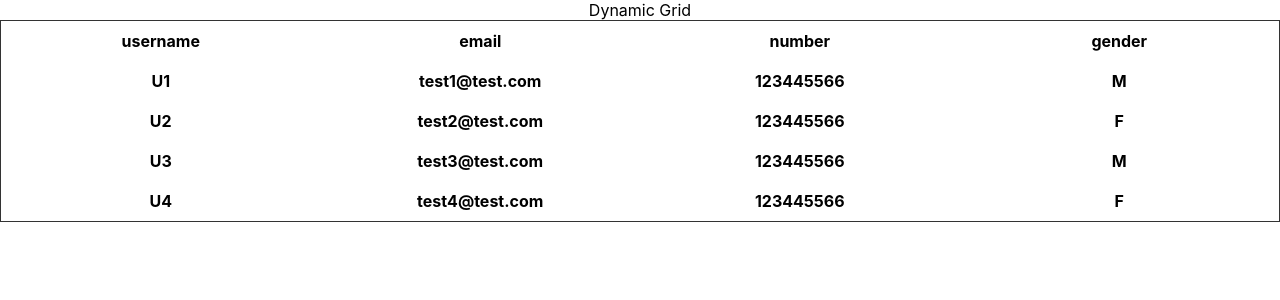
Repository: mayank-tavisca/dynamic-grids
Page: /
An editor plug-in stored every save of this project. The page is shown before and after a run of saves, followed by the edit.
The browser window is 1280 px wide. The pictures show the whole page.
The project was rebuilt for these pictures with package versions that can differ from the ones it lists, and the page was loaded fresh each time.

Above is the page before, as saved 2020-02-04 10:30:10.

### src/App.tsx
import React from "react";
import logo from "./logo.svg";
import "./App.css";
import DynamicGrid from "./dynamic-grid/dynamicGrid";

const Data = {
  tableData: [
    { username: "U1", email: "test1@test.com", number: 123445566, gender: "M" },
    { username: "U2", email: "test2@test.com", number: 123445566, gender: "F" },
    { username: "U3", email: "test3@test.com", number: 123445566, gender: "M" },
    { username: "U4", email: "test4@test.com", number: 123445566, gender: "F" }
  ]
};

const App = () => {
  return (
    <div className="App">
      <DynamicGrid data={Data} />
    </div>
  );
};

export default App;

### src/dynamic-grid/dynamicGrid.tsx
import React, { FC, useEffect, useState } from "react";
import Style from "./dynamicGrid.module.scss";

interface IProps {
  data: any;
}

enum PaginationLocation {
  TOP,
  BOTTOM
}

interface IPagination {
  showPagination: boolean;
  defaultRowsCount: number;
  activePane: number;
  position: PaginationLocation;
}

interface ITableConfig {
  rows: number;
  cols: number;
  headerData: any;
  data: any;
  pagination: IPagination;
}

const DynamicGrid: React.FC<IProps> = ({ data }) => {
  const [showTable, setShowTable]: any = useState(false);
  const [tableConfig, setTableConfig]: any = useState({
    rows: 0,
    cols: 0,
    defaultRowCount: 5,
    pagination: false,
    headerData: [],
    data: []
  });

  //   let tableConfig: ITableConfig = ;

  useEffect(() => {
    parseData();
  }, []);

  const parseData = () => {
    tableConfig.rows = data.tableData.length;
    tableConfig.cols = Object.keys(data.tableData).length;
    (Object.keys(data.tableData[0]) || []).forEach((key: any) => {
      tableConfig.headerData.push(key);
    });
    tableConfig.data = data.tableData;
    setTableConfig(tableConfig);
    setShowTable(true);
  };

  const renderHeader = () => {
    return (
      <div className={Style.tableRow}>
        {tableConfig.headerData.map((item: any) => {
          return (
            <span className={`${Style.tableCell} ${Style.tableHeader}`}>
              {item}
            </span>
          );
        })}
      </div>
    );
  };

  const renderRow = (data: any) => {
    return Object.keys(data).map(key => {
      return (
        <span className={`${Style.tableCell} ${Style.tableHeader}`}>
          {data[key]}
        </span>
      );
    });
  };

  const renderData = () => {
    return tableConfig.data.map((item: any) => {
      return <div className={Style.tableRow}>{renderRow(item)}</div>;
    });
  };

  return (
    <div>
      Dynamic Grid
      {/* <table className={Style.table}>
        <thead>{renderHeader()}</thead>
        {renderData()}
      </table> */}
      <div className={Style.table}>
        {renderHeader()}
        {renderData()}
      </div>
    </div>
  );
};

export default DynamicGrid;

### src/dynamic-grid/dynamicGrid.module.scss
.table {
  display: flex;
  flex-direction: column;
  border: 1px solid #333;

  .tableRow {
    display: flex;
    flex-direction: row;

    .tableCell {
      flex: 1 0 0;
      padding: 10px 24px;
    }

    .tableHeader {
      font-weight: bold;
    }
  }
}

Loaded but not shown: public/index.html (common file); src/index.tsx (common file); src/index.css (common file); src/serviceWorker.ts (common file); src/App.css (common file)

After the next 2 saves:
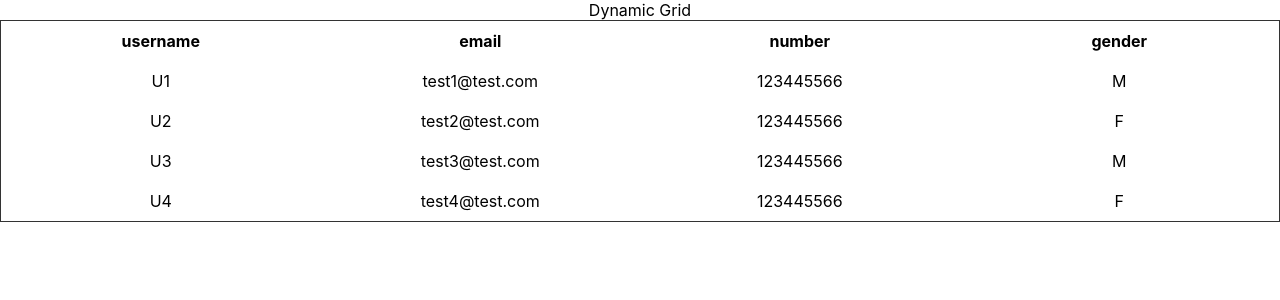
The 2 saves are shown as one change because they came seconds apart.
The last was saved 23 s later.
--- a/src/dynamic-grid/dynamicGrid.tsx
+++ b/src/dynamic-grid/dynamicGrid.tsx
@@ -69,11 +69,7 @@ const DynamicGrid: React.FC<IProps> = ({ data }) => {
 
   const renderRow = (data: any) => {
     return Object.keys(data).map(key => {
-      return (
-        <span className={`${Style.tableCell} ${Style.tableHeader}`}>
-          {data[key]}
-        </span>
-      );
+      return <span className={`${Style.tableCell}`}>{data[key]}</span>;
     });
   };
 
